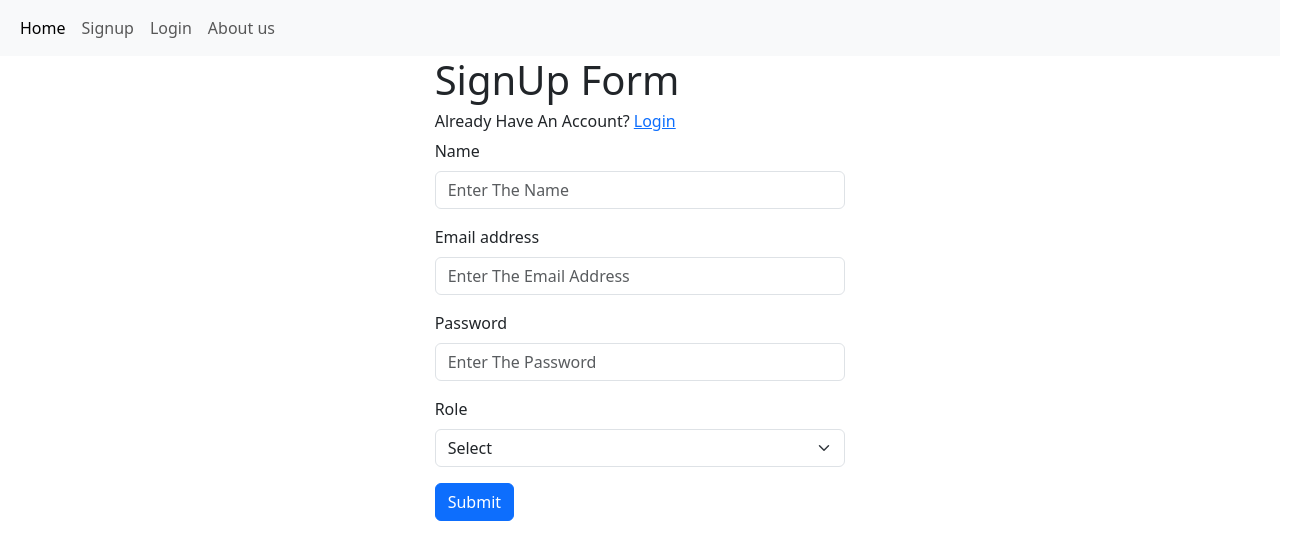
Repository: Manojs14/blob-application
Page: http://localhost/blob_application/
The author's editor kept a copy of each file at every save. The page is drawn from the files as they stood at one save, then again after the next save.
The browser window is 1280 px wide. The page is 1292 px wide, so the pictures cover 1292 px, including what lies to the right of the window. The pictures show the whole page.
The page is served by Tomcat 9.

Above is the page before, as saved 2024-07-17 04:15:40.

After the next save:
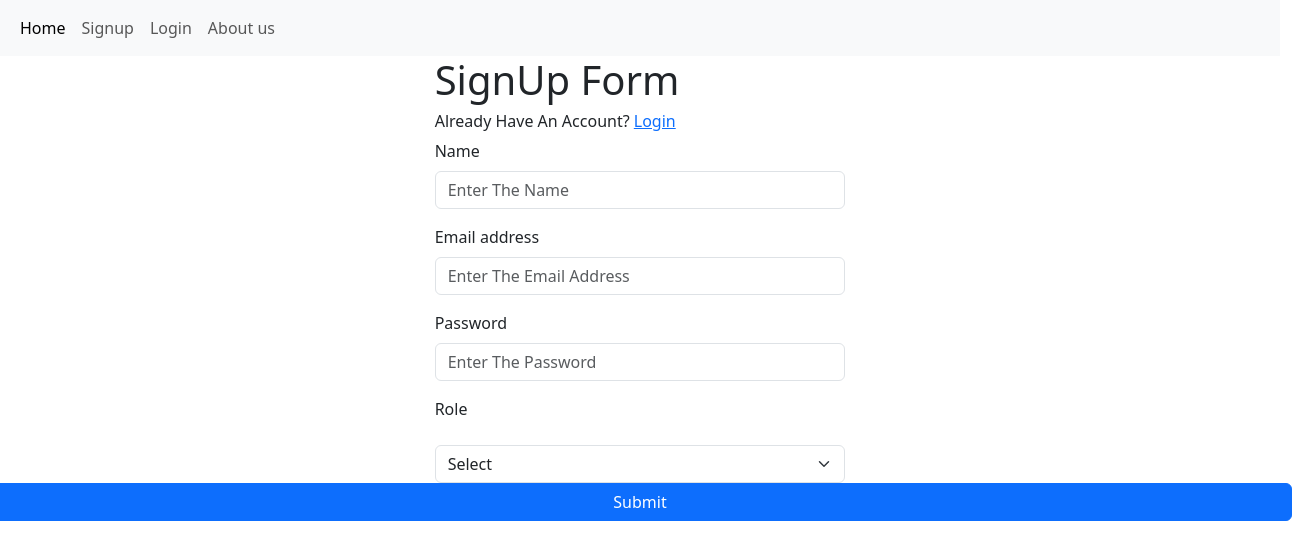
Saved 38 s later.
--- a/blob_application/src/main/webapp/index.jsp
+++ b/blob_application/src/main/webapp/index.jsp
@@ -78,6 +78,7 @@
   </div>
    <div class="mb-3">
     <label for="number" class="form-label">Role</label>
+    </div>
     <select class="form-select" aria-label="Default select example">
   <option>Select</option>
   <option value="1">Viewer</option>

After the 2 saves that followed:
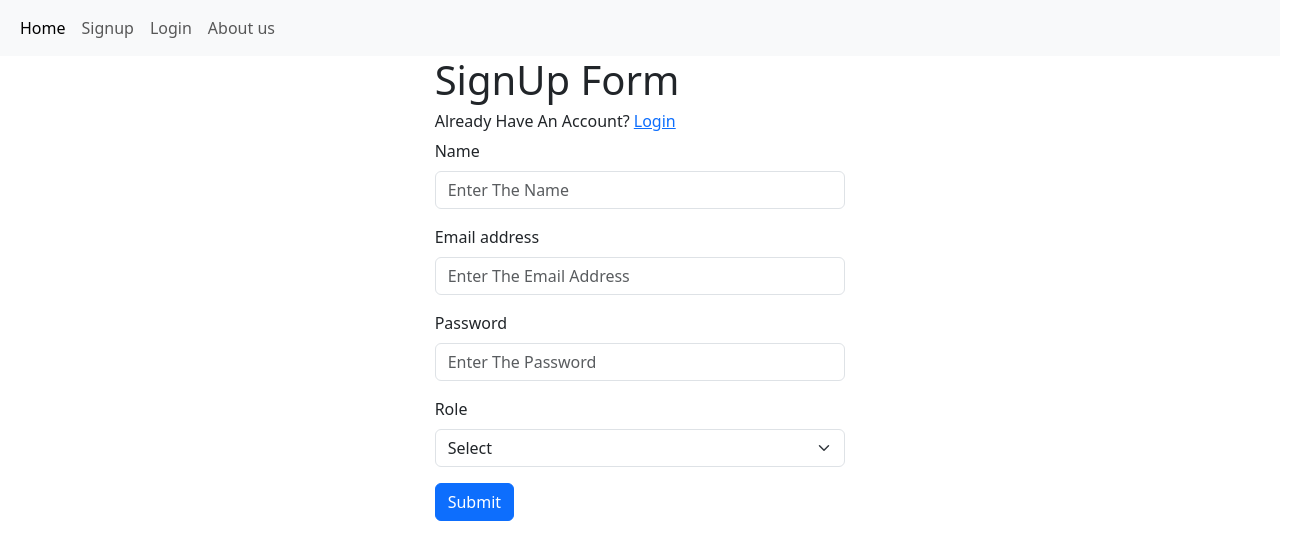
The 2 saves are shown as one change because 1 left the picture as it was.
The last was saved 21 s later.
--- a/blob_application/src/main/webapp/index.jsp
+++ b/blob_application/src/main/webapp/index.jsp
@@ -78,15 +78,12 @@
   </div>
    <div class="mb-3">
     <label for="number" class="form-label">Role</label>
-    </div>
     <select class="form-select" aria-label="Default select example">
   <option>Select</option>
   <option value="1">Viewer</option>
   <option value="2">Admin</option>
 </select>
-
   </div>
-
   <button type="submit" class="btn btn-primary">Submit</button>
 </form>
 </div>
